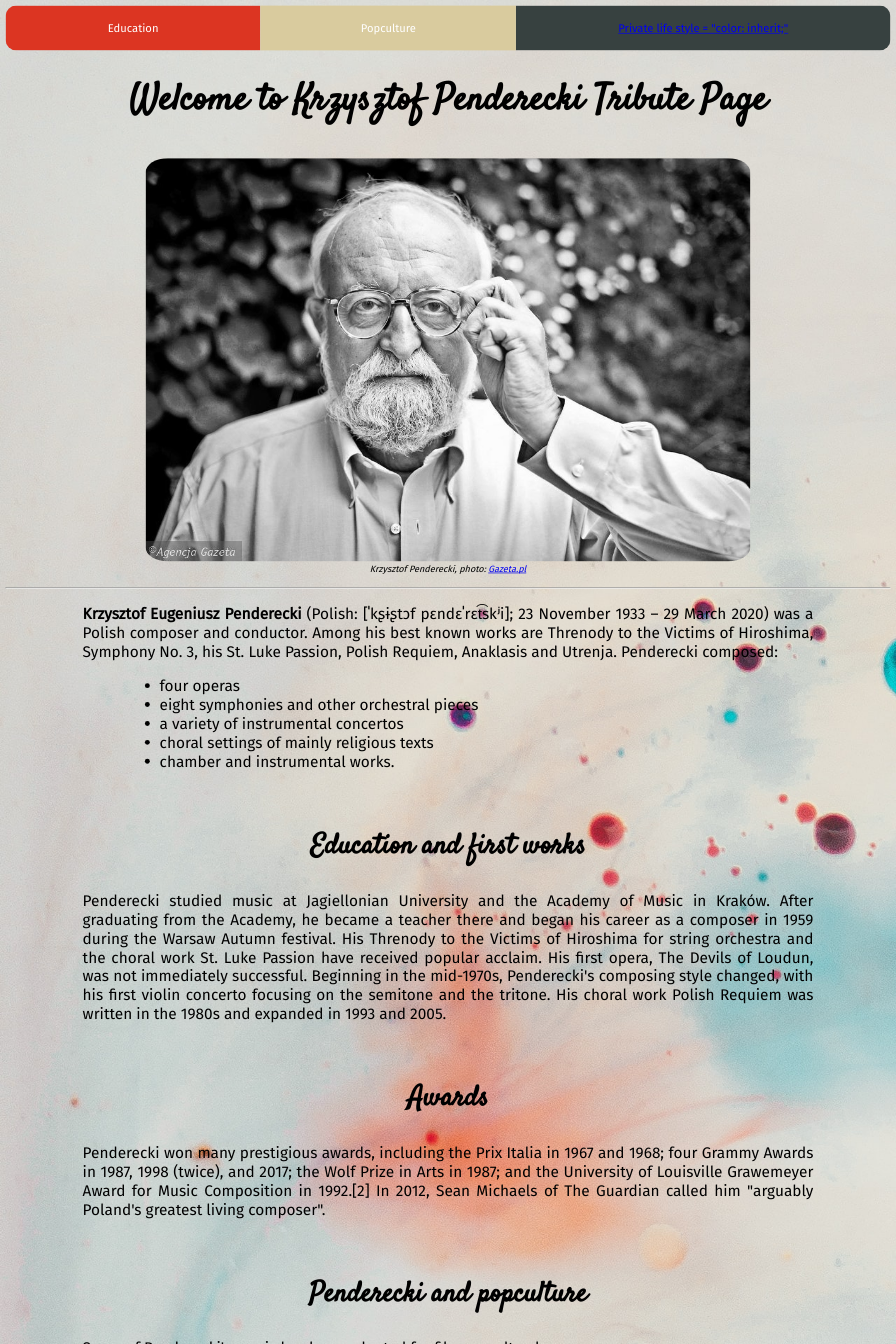
Repository: justynke/tribute_page
Page: index.html
The author's editor kept a copy of each file at every save. The page is drawn from the files as they stood at one save, then again after the next save.
The browser window is 1280 px wide. The pictures show the part of the page from y = 0 to 1920 px (the page is 3515 px tall), at 70% of full size.

Above is the page before, as saved 2020-04-24 12:17:49.

After the next save:
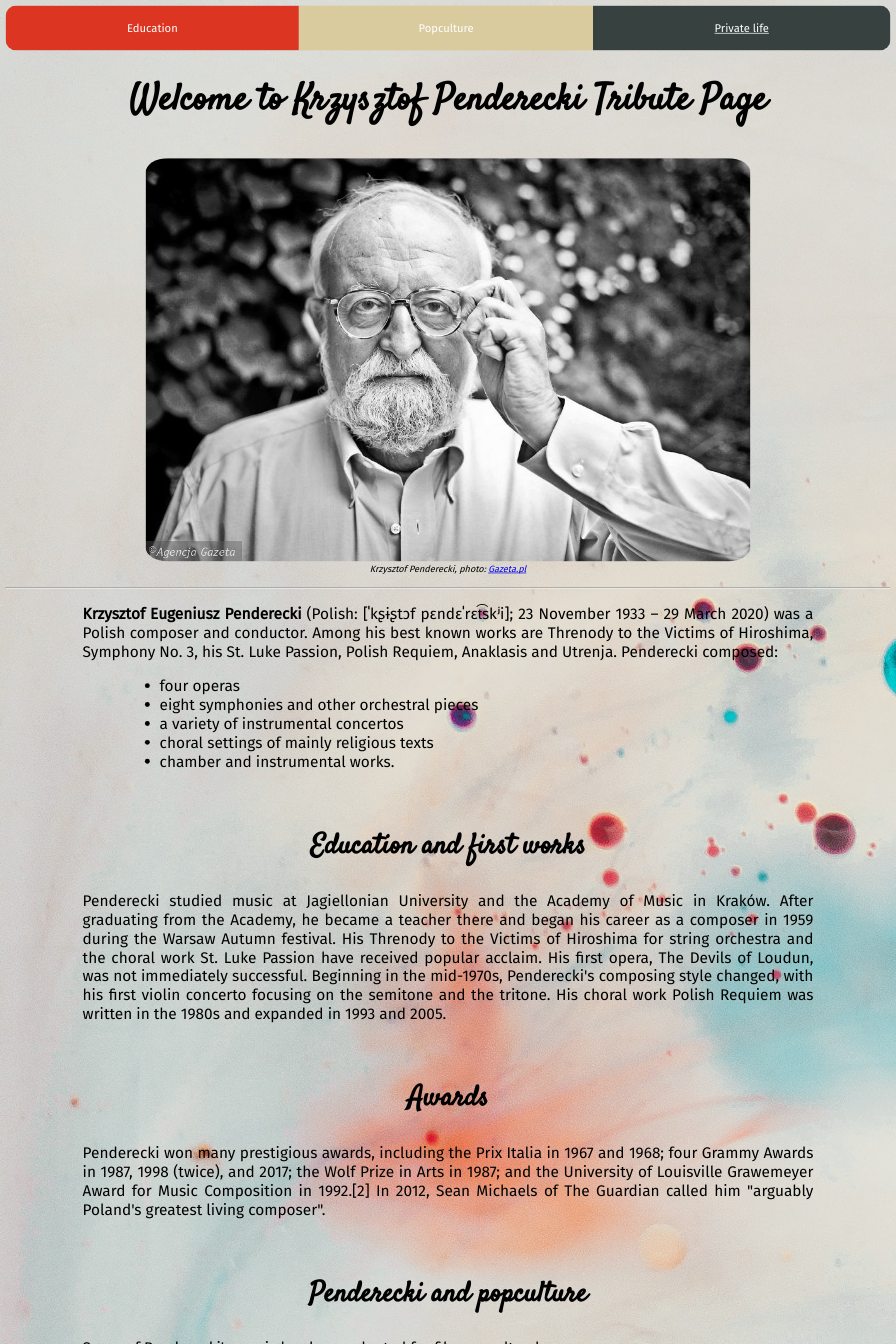
Saved 18 s later.
--- a/index.html
+++ b/index.html
@@ -16,7 +16,7 @@
     <div id = "nav">
         <div id = "edu""><div>Education</div></div>
         <div id = "pop">Popculture</div>
-        <div id = "priv"><a href = "#private">Private life style = "color: inherit;"</a></div>
+        <div id = "priv"><a href = "#private" style = "color: inherit;">Private life</a></div>
     </div>
 
 
